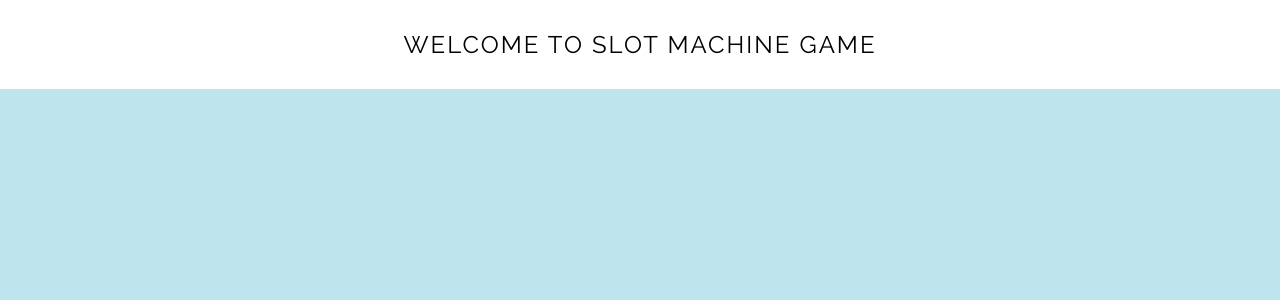
Repository: duggallakshya/slotMachineReact
Page: /
The author's editor kept a copy of each file at every save. The page is drawn from the files as they stood at one save, then again after the next save.
The browser window is 1280 px wide. The pictures show the whole page.
The project was rebuilt for these pictures with package versions that can differ from the ones it lists, and the page was loaded fresh each time.

Above is the page before, as saved 2022-03-22 21:25:26.

After the next save:
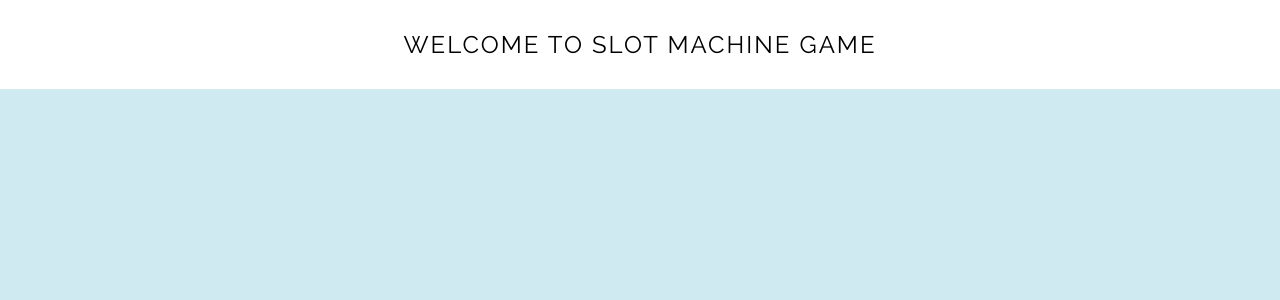
Saved 9 s later.
--- a/src/index.css
+++ b/src/index.css
@@ -1,6 +1,6 @@
 @import url('https://fonts.googleapis.com/css2?family=Raleway&display=swap');
 body{
-  background-color: rgb(190, 228, 238);
+  background-color: rgb(207, 235, 241);
   margin: 0;
   padding: 0;
 
